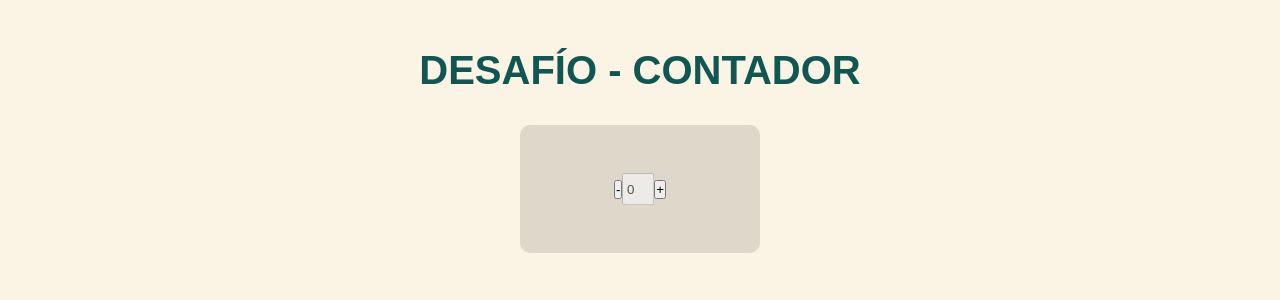
Repository: r-urchi/vue-coderhouse
Page: index.html
The author's editor kept a copy of each file at every save. The page is drawn from the files as they stood at one save, then again after the next save.
The browser window is 1280 px wide. The pictures show the whole page.
The style sheet was rebuilt from its Sass, Less or Tailwind sources for each picture, by a compiler version that may differ from the author's.

Above is the page before, as saved 2021-11-13 11:05:50.

### index.html
<!DOCTYPE html>
<html lang="en">
<head>
    <meta charset="UTF-8">
    <meta http-equiv="X-UA-Compatible" content="IE=edge">
    <meta name="viewport" content="width=device-width, initial-scale=1.0">
    <link rel="stylesheet" href="css/main.css">
    <script src="https://cdn.jsdelivr.net/npm/vue@2.6.14/dist/vue.js"></script>
    <script defer src="js/app.js"></script>
    <title>Clase 2</title>
</head>
<body>

    <div id="app">

        <h1>Desafío - Contador</h1>
        <div class="counter__container">
            <button v-on:click=subtract() class="counter__btn">-</button>
            <input type="number" v-bind:value="counterValue" class="counter__value" disabled/>
            <button v-on:click=add() class="counter__btn">+</button>
        </div>

    </div>

</body>
</html>

### js/app.js
var app = new Vue({
    el: '#app',
    data: {
      counter: 0,
    },
    methods: {
        add(){
            this.counter++;
        },
        subtract(){
            this.counter === 0 ? this.counter = 0 : this.counter--;
        },
    },
    computed: {
        counterValue(){
            return this.counter
        },
    },
});

### css/main.sass
@import _basic

@import _counter

### css/_basic.sass
*
    margin: 0
    padding: 0
    box-sizing: border-box

body
    background: #FBF3E4
    font-family: sans-serif
    color: #105652

#app
    width: 100%
    height: 100%
    display: flex
    justify-content: center
    flex-direction: column
    align-items: center

### css/_counter.sass
h1
    text-align: center
    text-transform: uppercase
    font-size: 2.5rem
    margin: 3rem auto 2rem auto

.counter__container
    width: 15rem
    height: 8rem
    background: #DFD8CA
    display: flex
    justify-content: center
    align-items: center
    border-radius: 10px
    .counter__value
        width: 2rem
        text-align: center
        height: 2rem
        margin: 0

After the next save:
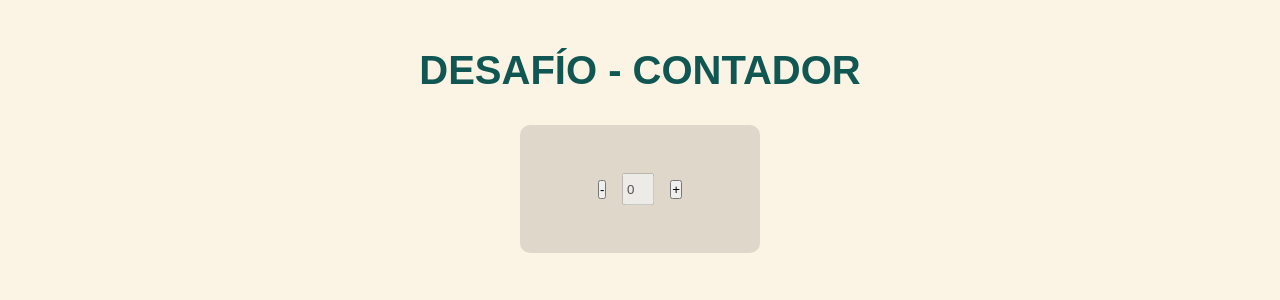
Saved 5 s later.
--- a/css/_counter.sass
+++ b/css/_counter.sass
@@ -16,4 +16,4 @@ h1
         width: 2rem
         text-align: center
         height: 2rem
-        margin: 0
+        margin: 0 1rem
